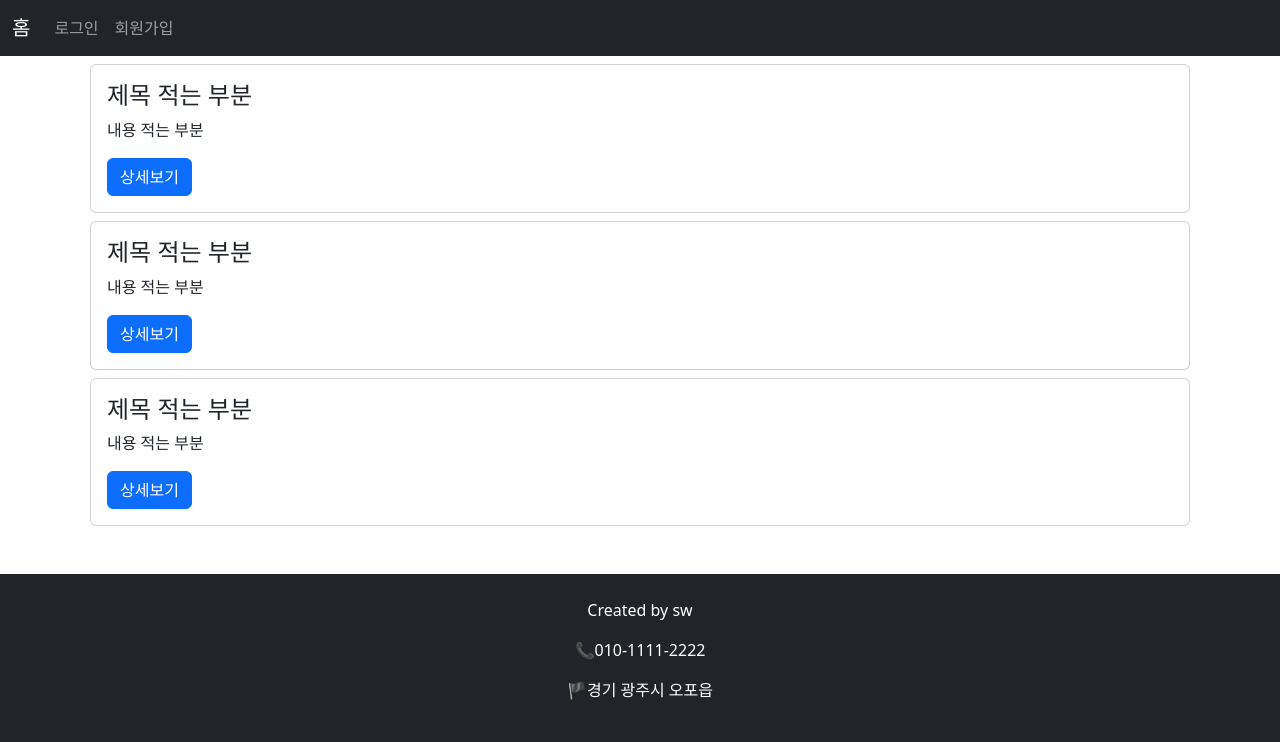
Repository: ksw0502/Springboot-JPA-Blog
Page: http://localhost/blog/WEB-INF/views/index.jsp
These files come from the project's save history. The page is drawn as it stood at one moment and after the next save; the edit follows.
The browser window is 1280 px wide. The pictures show the whole page.
The page is served by Tomcat 9. Nobody is signed in. Other server files are loaded and not shown. The template is opened directly, without the code that normally fills it, so the values that code supplies are empty.

Above is the page before, as saved 2023-11-25 15:51:22.

### blog/src/main/webapp/WEB-INF/views/index.jsp
<%@ page language="java" contentType="text/html; charset=UTF-8" pageEncoding="UTF-8"%>
<!DOCTYPE html>
<html lang="en">
<head>
<title>Bootstrap Example</title>
<meta charset="utf-8">
<meta name="viewport" content="width=device-width, initial-scale=1">
<link href="https://cdn.jsdelivr.net/npm/bootstrap@5.3.2/dist/css/bootstrap.min.css" rel="stylesheet">
<script src="https://cdn.jsdelivr.net/npm/bootstrap@5.3.2/dist/js/bootstrap.bundle.min.js"></script>
</head>
<body>

	<nav class="navbar navbar-expand-sm bg-dark navbar-dark">
		<div class="container-fluid">
			<a class="navbar-brand" href="/blog">홈</a>
			<button class="navbar-toggler" type="button" data-bs-toggle="collapse" data-bs-target="#collapsibleNavbar">
				<span class="navbar-toggler-icon"></span>
			</button>
			<div class="collapse navbar-collapse" id="collapsibleNavbar">
				<ul class="navbar-nav">
					<li class="nav-item"><a class="nav-link" href="/user/login">로그인</a></li>
					<li class="nav-item"><a class="nav-link" href="/user/join">회원가입</a></li>
				</ul>
			</div>
		</div>
	</nav>

	<div class="container">
		<div class="card m-2">
			<div class="card-body">
				<h4 class="card-title">제목 적는 부분</h4>
				<p class="card-text">내용 적는 부분</p>
				<a href="#" class="btn btn-primary">상세보기</a>
			</div>
		</div>

		<div class="card m-2">
			<div class="card-body">
				<h4 class="card-title">제목 적는 부분</h4>
				<p class="card-text">내용 적는 부분</p>
				<a href="#" class="btn btn-primary">상세보기</a>
			</div>
		</div>

		<div class="card m-2">
			<div class="card-body">
				<h4 class="card-title">제목 적는 부분</h4>
				<p class="card-text">내용 적는 부분</p>
				<a href="#" class="btn btn-primary">상세보기</a>
			</div>
		</div>
	</div>

	<div class="mt-5 p-4 bg-dark text-white text-center">
		<p>Created by sw</p>
		<p>📞010-1111-2222</p>
		<p>🏴경기 광주시 오포읍</p>
	</div>

</body>
</html>

After the next save:
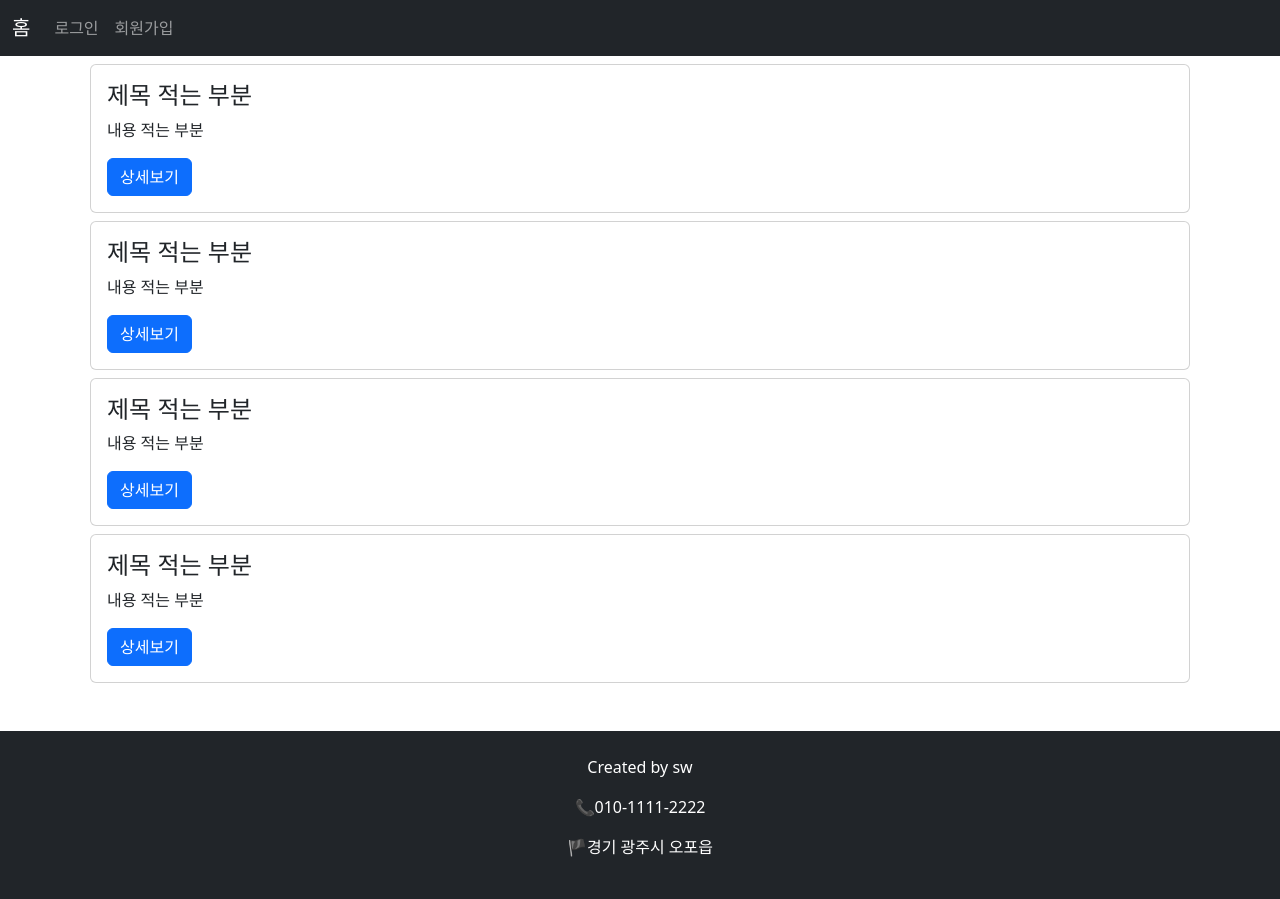
Saved 18 s later.
--- a/blog/src/main/webapp/WEB-INF/views/index.jsp
+++ b/blog/src/main/webapp/WEB-INF/views/index.jsp
@@ -49,6 +49,15 @@
 				<a href="#" class="btn btn-primary">상세보기</a>
 			</div>
 		</div>
+
+
+		<div class="card m-2">
+			<div class="card-body">
+				<h4 class="card-title">제목 적는 부분</h4>
+				<p class="card-text">내용 적는 부분</p>
+				<a href="#" class="btn btn-primary">상세보기</a>
+			</div>
+		</div>
 	</div>
 
 	<div class="mt-5 p-4 bg-dark text-white text-center">
